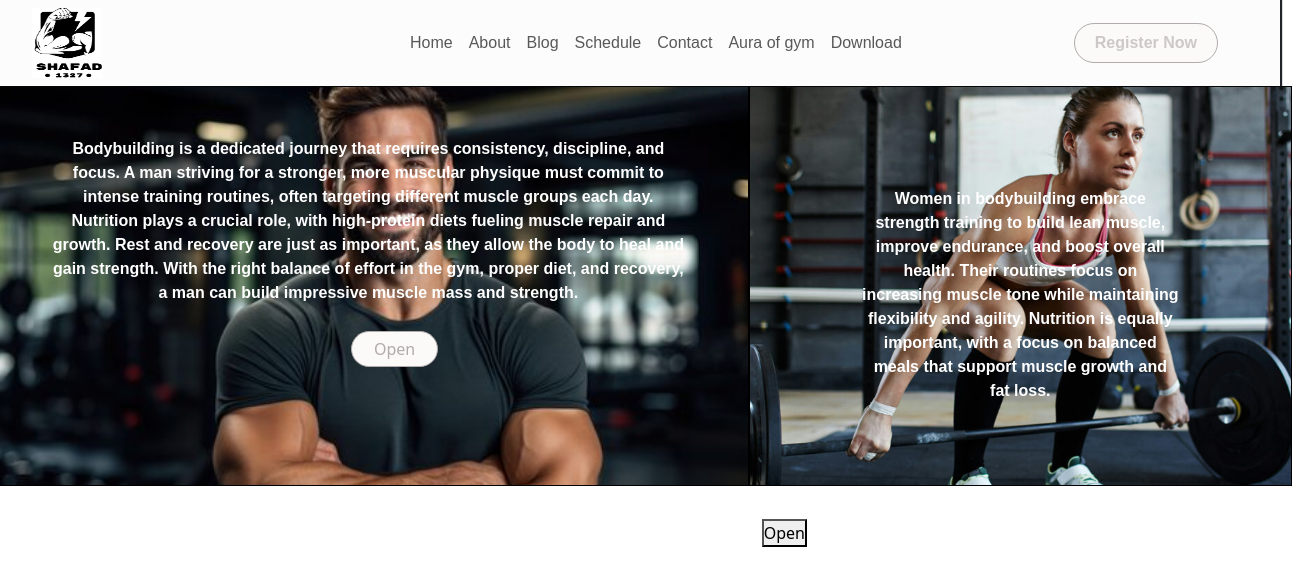
Repository: Daud-shafad/gymwebsite
Page: bootstrap-5.3.3-dist/bootstrap-5.3.3-dist/gym.html
The author's editor kept a copy of each file at every save. The page is drawn from the files as they stood at one save, then again after the next save.
The browser window is 1280 px wide. The page is 1292 px wide, so the pictures cover 1292 px, including what lies to the right of the window. The pictures show the whole page.

Above is the page before, as saved 2024-12-28 13:56:05.

### bootstrap-5.3.3-dist/bootstrap-5.3.3-dist/gym.html
<!DOCTYPE html>
<html lang="en">
<head>
    <title>GYM WEBSITE</title>
    <meta charset="UTF-8">
    <meta name="viewport" content="width=device-width, initial-scale=1.0">
    <meta name="author" content="Daud_Shafad">
    <meta name="Description" content="This gym website front-end part">
    <meta name="keyword" content="html, css, bootstrap, front-end, gym, website">
    <link rel="stylesheet" href="gym.css">
    <link rel="stylesheet" href="css/bootstrap.css">


</head>
<body>

    <nav class="navbar navbar-expand-lg" style="background-color: rgb(253, 252, 252); box-shadow: 1px -1px 1px 1px">
        <div class="container-fluid">
          <img src="power.png" style="width: 70px;
          height: 70px; margin-left: 20px;" >
          <button class="navbar-toggler" type="button" data-bs-toggle="collapse" data-bs-target="#navbarSupportedContent" aria-controls="navbarSupportedContent" aria-expanded="false" aria-label="Toggle navigation">
            <span class="navbar-toggler-icon"></span>
          </button>
          <div class="collapse navbar-collapse" id="navbarSupportedContent" style="font-family: sans-serif;">
            <ul class="navbar-nav me-auto mb-2 mb-lg-0" style="margin-left: 300px;">
              <li class="nav-item" >
                <a class="nav-link" aria-current="page" href="#">Home</a>
              </li>
              <li class="nav-item" >
                <a class="nav-link" href="#">About</a>
              </li>
              <li class="nav-item">
                <a class="nav-link" href="#">Blog</a>
              </li>
              <li class="nav-item">
                <a class="nav-link" aria-disabled="false">Schedule</a>
              </li>
              <li class="nav-item">
                <a class="nav-link" aria-disabled="false">Contact</a>
              </li>
              <li class="nav-item">
                <a class="nav-link" aria-disabled="false">Aura of gym</a>
              </li>
              <li class="nav-item">
                <a class="nav-link" aria-disabled="false">Download</a>
              </li>
              </ul>
           <button class="btn-register">
            Register Now
           </button>
          </div>
        </div>
      </nav>

      <div class="row">
        <div class="col-7">
          <p class="p-man-bodybuilding">Bodybuilding is a dedicated journey that requires consistency, discipline, and focus. A man striving for a stronger, more muscular physique must commit to intense training routines, often targeting different muscle groups each day. Nutrition plays a crucial role, with high-protein diets fueling muscle repair and growth. Rest and recovery are just as important, as they allow the body to heal and gain strength. With the right balance of effort in the gym, proper diet, and recovery, a man can build impressive muscle mass and strength.</p>
          <button class="btn-open-1">Open</button>
        </div>
        <div class="col-5">
        <p class="p-women-bodybuilding">Women in bodybuilding embrace strength training to build lean muscle, improve endurance, and boost overall health. Their routines focus on increasing muscle tone while maintaining flexibility and agility. Nutrition is equally important, with a focus on balanced meals that support muscle growth and fat loss.</p>
        <button class="btn-open-2">Open</button>
    </div>
      </div>





    <script src="js/bootstrap.js"></script>


</body>
</html>

### bootstrap-5.3.3-dist/bootstrap-5.3.3-dist/gym.css
*{
    margin:0;
    padding: 0;
}

.btn-register{
    background-color: rgb(252, 249, 249);
    padding: 7px 20px 7px 20px;
    border: 1px solid rgb(177, 171, 171);
    cursor: pointer;
    border-radius: 25px;
    margin-right: 50px;
    font-family: sans-serif;
    font-size: 16px;
    font-weight: 600;
    color: rgb(204, 200, 200);
    text-transform: capitalize;
    transition: all 2s;
}

.btn-register:hover{
   background-color: rgb(177, 171, 171);
   color: rgb(252, 249, 249);
   border: rgb(252, 249, 249);
   letter-spacing: 2px;
   box-shadow: 2px 1px 2px 2px;

}

#navbarSupportedContent:hover{
    letter-spacing: 1px;
    color: black;
    cursor: pointer;
    transition: all 2s;
}

.row .col-7{

    background: url(Trainer1.jpg);
    background-position: center;
    background-size: cover;
    background-repeat: no-repeat;
    height: 400px;
    border: 1px solid black;
}

.row .col-7 .p-man-bodybuilding{
    font-family: sans-serif;
    font-size: 16px;
    font-weight: 600;
    text-align: center;
    padding: 50px;
    color: white;
}

.row .col-7 .btn-open-1{
   background-color: rgb(252, 249, 249);
   color: rgb(177, 171, 171);
   border: 1px solid rgb(177, 171, 171);
   cursor: pointer;
   border-radius: 25px;
   padding: 5px 22px 5px 22px;
   margin: -40px 50px 50px 350px;
   vertical-align: top;
   transition: all 2s;
}

.row .col-7 .btn-open-1:hover{
    background-color: rgb(177, 171, 171);
    color: rgb(252, 249, 249);
    border: rgb(252, 249, 249);
    letter-spacing: 2px;
    box-shadow: 2px 1px 2px 2px;
}

.row .col-5{
    background: url(Photowomen2.jpg);
    background-position: center;
    background-size: cover;
    background-repeat: no-repeat;
    height: 400px;
    border: 1px solid black;

}

.row .col-5 .p-women-bodybuilding{
    font-family: sans-serif;
    font-size: 16px;
    font-weight: 600;
    text-align: center;
    padding: 100px;
    color: white;
}

Loaded but not shown: bootstrap-5.3.3-dist/bootstrap-5.3.3-dist/css/bootstrap.css (library); bootstrap-5.3.3-dist/bootstrap-5.3.3-dist/js/bootstrap.js (library)

After the next save:
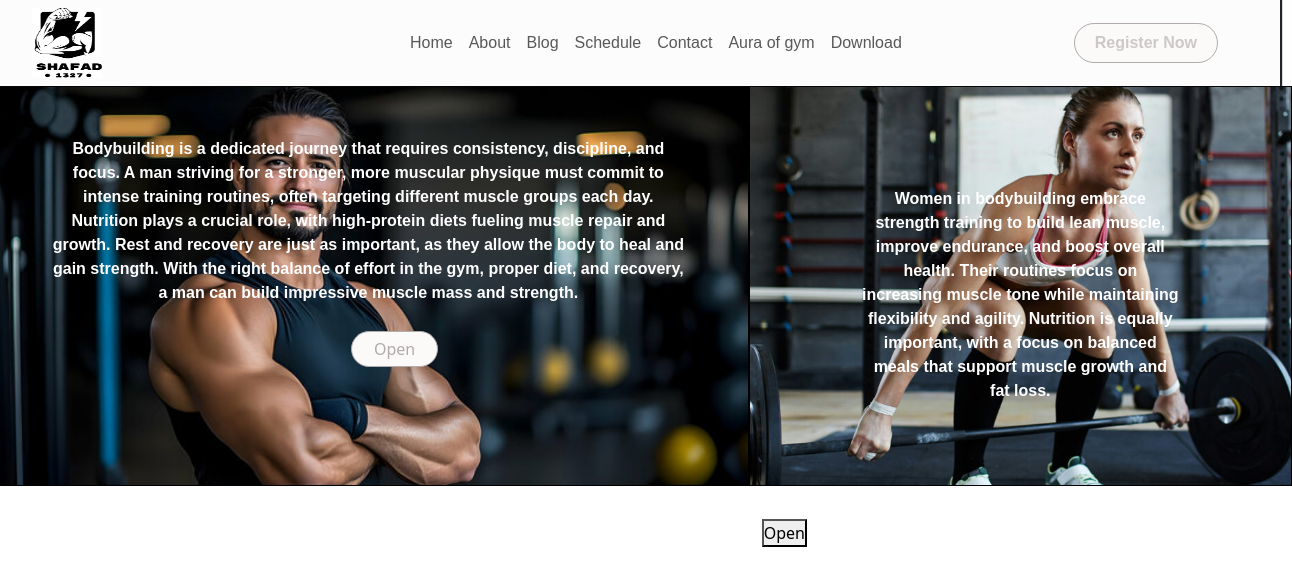
Saved 45 s later.
--- a/bootstrap-5.3.3-dist/bootstrap-5.3.3-dist/gym.css
+++ b/bootstrap-5.3.3-dist/bootstrap-5.3.3-dist/gym.css
@@ -36,7 +36,7 @@
 
 .row .col-7{
 
-    background: url(Trainer1.jpg);
+    background: url(Trainer2.jpg);
     background-position: center;
     background-size: cover;
     background-repeat: no-repeat;
